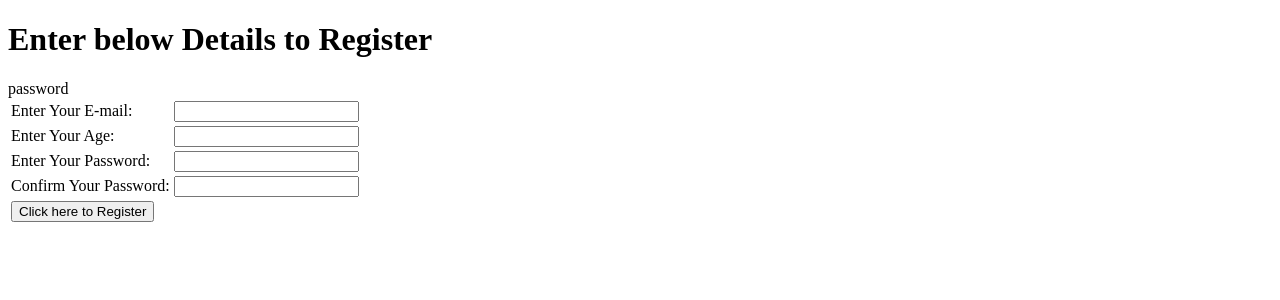
Repository: royalnavghans/JavaFullStackGit
Page: http://localhost/SpringAss2/WEB-INF/Register.jsp
An editor plug-in stored every save of this project. The page is shown before and after the next save, followed by the edit.
The browser window is 1280 px wide. The pictures show the whole page.
The page is served by Tomcat 9. Nobody is signed in. The template is opened directly, without the code that normally fills it, so the values that code supplies are empty.

Above is the page before, as saved 2022-12-04 10:40:08.

After the next save:
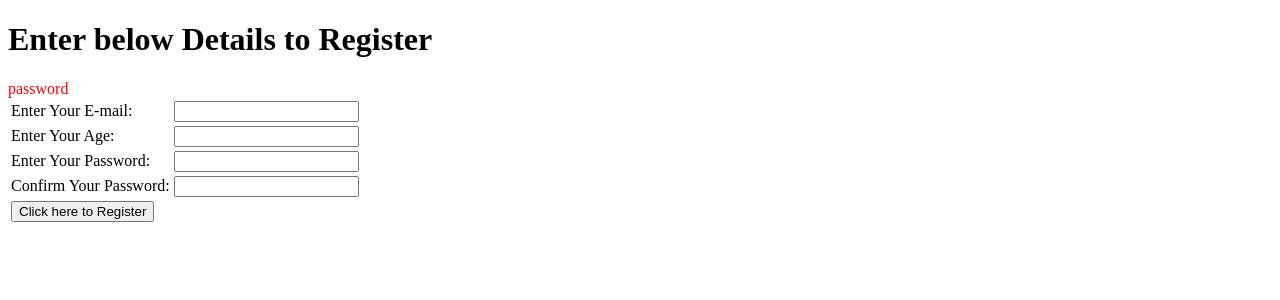
Saved 35 s later.
--- a/RoyalSpringProjects/RoyalSpringProjects/SpringAss2/src/main/webapp/WEB-INF/Register.jsp
+++ b/RoyalSpringProjects/RoyalSpringProjects/SpringAss2/src/main/webapp/WEB-INF/Register.jsp
@@ -12,6 +12,8 @@
 	color: red
 
 }
+.red{
+color:red;}
 </style>
 <body>
 	<h1>Enter below Details to Register</h1>
